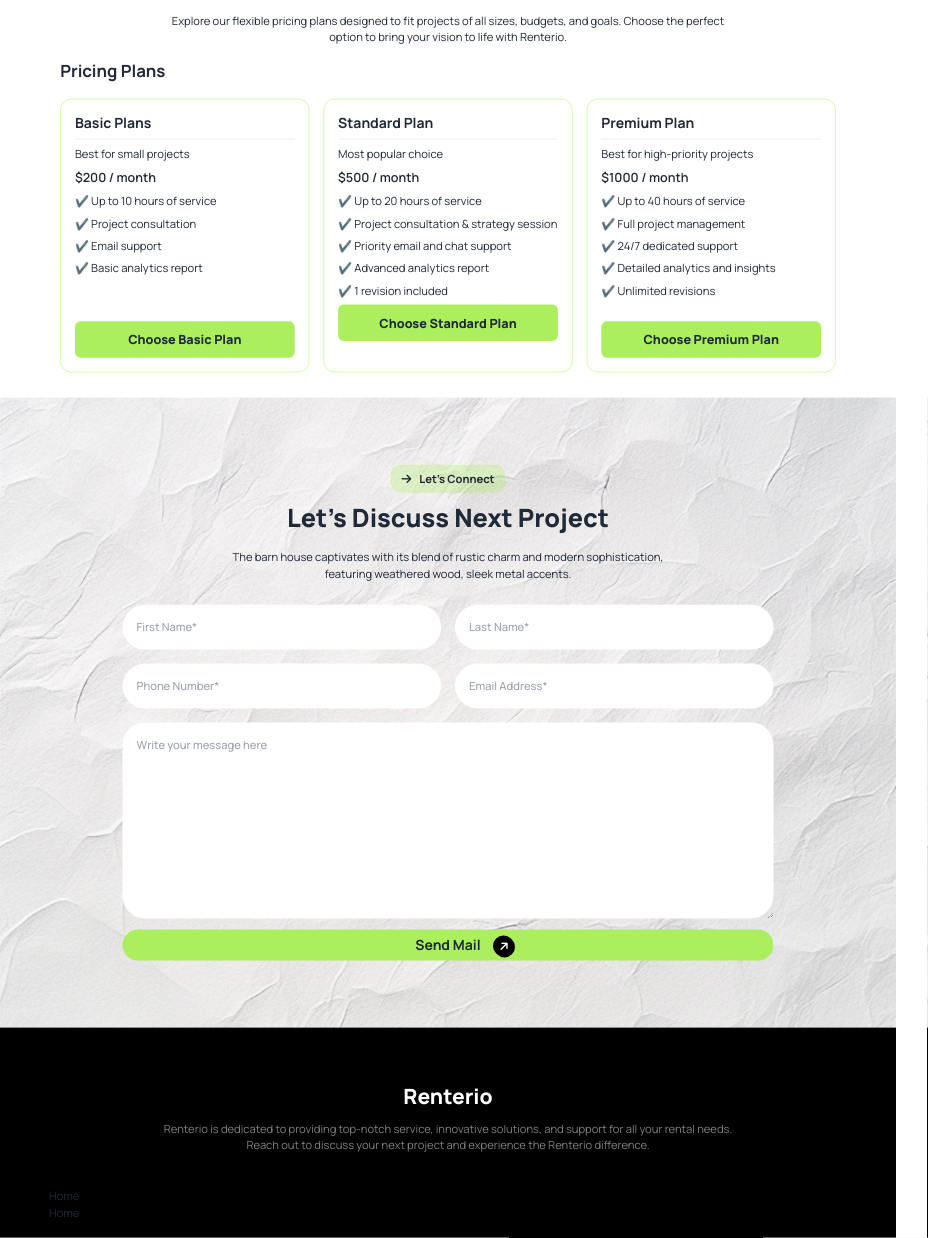
Repository: Tanvir4312/assignment-03
Page: index.html
The author's editor kept a copy of each file at every save. The page is drawn from the files as they stood at one save, then again after the next save.
The browser window is 1280 px wide. The page is 1325 px wide, so the pictures cover 1325 px, including what lies to the right of the window. The pictures show the part of the page from y = 3190 to 5030 px (the page is 4958 px tall before and 5030 px after), at 70% of full size.
Some web libraries are served in a nearby version.

Above is the page before, as saved 2024-10-30 21:41:10.

### index.html
<!DOCTYPE html>
<html lang="en">

<head>
    <meta charset="UTF-8">
    <meta name="viewport" content="width=device-width, initial-scale=1.0">
    <title>Renterio</title>
    <link rel="stylesheet" href="styles/styles.css">
    <!-- DaisyUI -->
    <link href="https://cdn.jsdelivr.net/npm/daisyui@4.12.14/dist/full.min.css" rel="stylesheet" type="text/css" />
    <script src="https://cdn.tailwindcss.com"></script>
    <!-- Icon -->
    <link rel="stylesheet" href="https://cdnjs.cloudflare.com/ajax/libs/font-awesome/6.6.0/css/all.min.css"
        integrity="sha512-Kc323vGBEqzTmouAECnVceyQqyqdsSiqLQISBL29aUW4U/M7pSPA/gEUZQqv1cwx4OnYxTxve5UMg5GT6L4JJg=="
        crossorigin="anonymous" referrerpolicy="no-referrer" />

    <script>
        tailwind.config = {
            theme: {
                extend: {
                    colors: {
                        clifford: '#da373d',
                        bgBtnColor: '#ABEF5F',
                        btnTextAndWorksTextColor: '#1C1C1C',
                        mainColor: '#212121',
                        secondaryColor: '#494949',

                    }
                }
            }
        }
    </script>
</head>

<body class="manrope-font">
    <header>
        <!-- Navbar -->
        <nav class="container mx-auto">
            <div class="navbar relative py-14">
                <div class="navbar-start">
                    <div class="absolute right-0">
                        <div class="dropdown">
                            <div tabindex="0" role="button"
                                class="btn btn-ghost mr-2 lg:hidden border border-[rgba(233,233,233)] rounded-full bg-[#f9f8f8]">
                                <svg xmlns="http://www.w3.org/2000/svg" class="h-5 w-5" fill="none" viewBox="0 0 24 24"
                                    stroke="currentColor">
                                    <path stroke-linecap="round" stroke-linejoin="round" stroke-width="2"
                                        d="M4 6h16M4 12h8m-8 6h16" />
                                </svg>
                            </div>
                            <div class="absolute -left-20">
                                <ul tabindex=""
                                    class="menu menu-sm dropdown-content bg-base-100 rounded-box z-[1] p-2 shadow w-32">
                                    <li><a>Home</a></li>
                                    <li><a>Services</a></li>
                                    <li><a>Portfolio</a></li>
                                    <li><a>Blogs</a></li>
                                    <li><a>Contact Us</a></li>
                                </ul>
                            </div>
                        </div>
                    </div>
                    <i class="fa-solid fa-arrow-right -rotate-45 bg-bgBtnColor p-2 rounded-full	"></i>
                    <a class="btn btn-ghost font-extrabold text-3xl pl-2">Renterio</a>
                </div>
                <div class="navbar-center hidden lg:flex">
                    <ul class="menu menu-horizontal px-1">
                        <li><a class="font-extrabold">Home</a></li>
                        <li><a>Services</a></li>
                        <li><a>Portfolio</a></li>
                        <li><a>Blogs</a></li>
                        <li><a>Contact Us</a></li>
                    </ul>
                </div>

                <div class="navbar-end hidden md:block">
                    <div class="flex justify-end">
                        <div class="flex items-center gap-3 mr-2">
                            <div class="px-3 py-1 border border-[rgba(233,233,233)] rounded-full bg-[#f9f8f8]">
                                <i class="fa-solid fa-magnifying-glass"></i>
                            </div>
                            <div class="px-3 py-1 border border-[rgba(233,233,233)] rounded-full bg-[#f9f8f8]">
                                <i class="fa-solid fa-cart-shopping"></i>
                            </div>
                        </div>
                        <div class="relative ">
                            <button class="btn bg-bgBtnColor rounded-3xl pr-14 text-lg font-semibold">Book
                                Consult</button>
                            <i
                                class="fa-solid fa-arrow-right -rotate-45 bg-black text-white p-2 rounded-full absolute top-2 right-4 "></i>
                        </div>
                    </div>
                </div>
            </div>
        </nav>
        <!-- Banner -->
        <section class="banner text-center">
            <!-- Banner Image -->
            <div class="flex justify-center px-14">
                <img src="./assets/banner.png" alt="">
            </div>
            <!-- Banner Text -->
            <div class="mt-6">
                <h1 class="text-3xl md:text-6xl font-extrabold md:leading-[80px]">A barn house of this design
                    has a <br>striking appearance
                </h1>
                <p class="mt-6 mb-8 px-5">The barn house captivates with its blend of rustic charm and modern
                    sophistication,
                    featuring weathered wood, sleek metal <br> accents, and large windows that flood the space with
                    natural light.</p>
                <!-- Banner Button -->
                <div class="relative flex px-2 md:justify-center md:items-center">
                    <div class="w-full text-start md:text-center">
                        <button
                            class="btn border border-[rgba(171,239,95)] bg-[rgba(171,239,95,0.5)] rounded-3xl mainColor text-xl font-extrabold pr-14 l w-full md:w-52">View
                            Details</button>
                    </div>
                    <div>
                        <i
                            class="fa-solid fa-arrow-right -rotate-45 bg-bgBtnColor p-2 rounded-full absolute bottom-2 right-[590px]"></i>

                        <i
                            class="md:hidden absolute top-3 right-20 fa-solid fa-arrow-right -rotate-45 bg-bgBtnColor p-2 rounded-full"></i>
                    </div>
                </div>
            </div>
        </section>
    </header>

    <main class="bg-[#F4F4F4]">
        <!-- Commercial and Residential Section -->
        <section class="bg-[#F4F4F4] md:my-24 my-5 pt-7 pb-5 md:pb-20">
            <!-- Vector Image -->
            <img class="hidden md:block border-dashed border-2 border-slate-300 py-7 ml-9" src="./assets/Vector.png"
                alt="">
            <div class="md:w-[1140px] mx-auto grid md:grid-cols-2 grid-cols-1 gap-5 p-4 md:p-0">
                <div>
                    <!-- About Us Button -->
                    <div class="flex justify-center md:flex-col">
                        <div class="bg-white w-32 py-2 px-4 rounded-2xl">
                            <i class="fa-solid fa-arrow-right pr-2"></i>
                            <button class="font-bold">About Us</button>
                        </div>
                    </div>
                    <!-- Text -->
                    <div class="mt-4 md:text-start text-center">
                        <h1 class="text-2xl md:text-4xl font-bold mainColor mb-6">We design thoughtful, <br> liveable
                            spaces
                        </h1>
                        <p class="secondaryColor">The barn house captivates with its blend of rustic charm and
                            modern sophistication, featuring weathered wood, sleek metal accents.</p>
                    </div>

                    <div class="flex md:items-center gap-5 my-6 bg-white p-6 rounded-2xl">
                        <!-- Image -->
                        <div>
                            <img src="./assets/commercial.png" alt="">
                        </div>
                        <!-- Text -->
                        <div>
                            <h3 class="text-xl font-extrabold">Commercial</h3>
                            <p><small>The barn house captivates with its blend <br> of rustic charm and modern.</small>
                            </p>
                        </div>
                    </div>
                    <div class="flex md:items-center gap-5 bg-white p-6 rounded-2xl">
                        <!-- Image -->
                        <div>
                            <img src="./assets/residential.png" alt="">
                        </div>
                        <!-- Text -->
                        <div>
                            <h3 class="text-xl font-extrabold">Residential</h3>
                            <p><small>The barn house captivates with its blend <br> of rustic charm and modern.</small>
                            </p>
                        </div>
                    </div>

                </div>
                <!-- Image -->
                <div>
                    <img class="h-60 w-full md:h-[500px]" src="./assets/Rectangle.png" alt="">
                </div>
            </div>
        </section>
        <!-- Works Process section -->
        <section class="md:w-[1140px] mx-auto px-4 md:px-0 md:pb-24">
            <!-- Works Button -->
            <div class="flex justify-center">
                <div class="bg-white py-2 px-4 rounded-2xl">
                    <i class="fa-solid fa-arrow-right pr-2"></i>
                    <button class="font-bold">How We Works</button>
                </div>
            </div>
            <!-- Text -->
            <div class="text-center">
                <h1 class="py-4 md:py-6 text-2xl md:text-4xl font-bold">Our Works Process</h1>
                <p>The barn house captivates with its blend of rustic charm and modern sophistication, <br> featuring
                    weathered wood, sleek metal accents.</p>
            </div>
            <!-- Card -->
            <div class="card grid grid-cols-1 md:grid-cols-4 gap-4 my-8">
                <div class="bg-[rgba(231,193,211)] rounded-2xl p-5">
                    <img src="./assets/concept.png" alt="">
                    <h4 class="py-2 text-xl font-bold">Concept</h4>
                    <p>The barn house captivates with its blend of rustic charm and modern.</p>
                </div>
                <div class="bg-[rgba(239,218,110)] rounded-2xl p-5">
                    <img src="./assets/flow-chart.png" alt="">
                    <h4 class="py-2 text-xl font-bold">Design Process</h4>
                    <p>The barn house captivates with its blend of rustic charm and modern.</p>
                </div>
                <div class="bg-[rgba(164,218,195)] rounded-2xl p-5">
                    <img src="./assets/concept.png" alt="">
                    <h4 class="py-2 text-xl font-bold">Supervision</h4>
                    <p>The barn house captivates with its blend of rustic charm and modern.</p>
                </div>
                <div class="bg-[rgba(119,170,234)] rounded-2xl p-5">
                    <img src="./assets/concept.png" alt="">
                    <h4 class="py-2 text-xl font-bold">Budget Planning</h4>
                    <p>The barn house captivates with its blend of rustic charm and modern.</p>
                </div>
            </div>
        </section>
        <!-- Latest Portfolio Section -->
        <section class="md:bg-white">
            <div class=" md:w-[1140px] mx-auto py-6 px-4 md:pt-20">
                <!-- Latest Works Button -->
                <div class="flex justify-center">
                    <div class="bg-[rgba(171,239,95,0.2)] py-2 px-4 rounded-2xl">
                        <i class="fa-solid fa-arrow-right pr-2"></i>
                        <button class="font-bold">Explore our Latest works</button>
                    </div>
                </div>
                <!-- Text -->
                <div class="text-center">
                    <h1 class="pt-4 pb-6 md:text-4xl text-2xl font-bold">Our Latest Portfolio</h1>
                    <p>The barn house captivates with its blend of rustic charm and modern sophistication, <br>
                        featuring
                        weathered wood, sleek metal accents.</p>
                </div>
                <!-- Latest Portfolio Card First Row -->
                <div class="pt-8 grid grid-cols-1 md:grid-cols-3 gap-5">
                    <!-- First Card -->
                    <div class="md:col-span-2 rounded-2xl ">
                        <div class="md:flex gap-6 border border-[rgba(233,233,233)] rounded-2xl p-5 bg-white">
                            <img src="./assets/img1.png" alt="">
                            <div>
                                <h3 class="text-2xl font-extrabold">Commercial</h3>
                                <p class="pt-4 pb-6">The barn house captivates with its blend of rustic charm and
                                    modern. The barn house
                                    captivates with its blend of rustic charm and modern .</p>

                                <a class="text-xl font-extrabold pr-1" href="">View Details</a>
                                <i class="fa-solid fa-arrow-right -rotate-45 bg-bgBtnColor p-2 rounded-full	"></i>
                            </div>
                        </div>
                    </div>
                    <!-- Second Card -->
                    <div class="border border-[rgba(233,233,233)] rounded-2xl p-5 bg-white">
                        <img src="./assets/img2.png" alt="">
                    </div>

                </div>
                <!-- Latest Portfolio Card Second Row -->
                <div class="grid grid-cols-1 md:grid-cols-4 gap-5 mt-5">
                    <!-- First Card -->
                    <div class="border border-[rgba(233,233,233)] rounded-2xl p-5 bg-white">
                        <img class="h-full w-full" src="./assets/img3.png" alt="">
                    </div>
                    <!-- Second Card -->
                    <div class="md:col-span-2 rounded-2xl ">
                        <div class="md:flex gap-6 border border-[rgba(233,233,233)] rounded-2xl p-5 bg-white">
                            <img src="./assets/img4.png" alt="">
                            <div>
                                <h3 class="text-2xl font-extrabold">Commercial</h3>
                                <p class="pt-4 pb-6">The barn house captivates with its blend of rustic charm and
                                    modern.</p>

                                <a class="text-xl font-extrabold pr-1" href="">View Details</a>
                                <i class="fa-solid fa-arrow-right -rotate-45 bg-bgBtnColor p-2 rounded-full	"></i>
                            </div>
                        </div>
                    </div>
                    <!-- Third Card -->
                    <div class="border border-[rgba(233,233,233)] rounded-2xl p-5 bg-white">
                        <img class="h-full w-full" src="./assets/img5.png" alt="">
                    </div>

                </div>
            </div>
        </section>
        <!-- Perfect Plan Section -->
        <section class="md:bg-white">
            <div class="md:w-[1140px] mx-auto py-6 px-4 md:pt-20">
                <!-- Text -->
                <div class="text-center">
                    <h1 class="text-2xl md:text-4xl font-extrabold">Choose the Perfect Plan for Your Needs</h1>
                    <p class="py-5">Explore our flexible pricing plans designed to fit projects of all sizes, budgets,
                        and goals. Choose the perfect <br> option to bring your vision to life with Renterio.</p>
                </div>
                <p class="text-2xl font-bold pb-6">Pricing Plans</p>
                <!-- Cards -->
                <div class="grid grid-cols-1 md:grid-cols-3 gap-5">
                    <!-- Card-01 -->
                    <div class="border border-[#bdfe8b] p-5 rounded-2xl bg-white">
                        <div class="space-y-2">
                            <h3 class="text-xl font-bold">Basic Plans</h3>
                            <hr>
                            <p>Best for small projects</p>
                            <h5 class="text-lg font-semibold">$200 / month</h5>
                            <li class="list-none">✔️ Up to 10 hours of service</li>
                            <li class="list-none">✔️ Project consultation</li>
                            <li class="list-none">✔️ Email support</li>
                            <li class="list-none">✔️ Basic analytics report</li>
                        </div>

                        <button class="bg-bgBtnColor p-3 rounded-lg text-lg font-extrabold mt-16 w-full">Choose
                            Basic Plan</button>

                    </div>
                    <!-- Card-02 -->
                    <div class="border border-[#bdfe8b] p-5 rounded-2xl bg-white">
                        <div class="space-y-2">
                            <h3 class="text-xl font-bold">Standard Plan</h3>
                            <hr>
                            <p>Most popular choice</p>
                            <h5 class="text-lg font-semibold">$500 / month</h5>
                            <li class="list-none">✔️ Up to 20 hours of service</li>
                            <li class="list-none">✔️ Project consultation & strategy session</li>
                            <li class="list-none">✔️ Priority email and chat support</li>
                            <li class="list-none">✔️ Advanced analytics report</li>
                            <li class="list-none">✔️ 1 revision included</li>
                        </div>

                        <button class="bg-bgBtnColor p-3 rounded-lg text-lg font-extrabold mt-2 w-full">Choose Standard
                            Plan</button>

                    </div>
                    <!-- Card-03 -->
                    <div class="border border-[#bdfe8b] p-5 rounded-2xl bg-white">
                        <div class="space-y-2">
                            <h3 class="text-xl font-bold">Premium Plan</h3>
                            <hr>
                            <p>Best for high-priority projects</p>
                            <h5 class="text-lg font-semibold">$1000 / month</h5>
                            <li class="list-none">✔️ Up to 40 hours of service</li>
                            <li class="list-none">✔️ Full project management</li>
                            <li class="list-none">✔️ 24/7 dedicated support</li>
                            <li class="list-none">✔️ Detailed analytics and insights</li>
                            <li class="list-none">✔️ Unlimited revisions</li>
                        </div>

                        <button class="bg-bgBtnColor p-3 rounded-lg text-lg font-extrabold mt-8 w-full">Choose Premium
                            Plan</button>

                    </div>
                </div>
            </div>
        </section>
    </main>
    <!-- Next Project Section -->
    <section class="next-project mt-3">
        <div class=" md:w-[970px] mx-auto py-7 md:py-24 px-5">
            <!-- Button -->
            <div class="flex justify-center">
                <div class="bg-[rgba(171,239,95,0.3)] py-2 px-4 rounded-2xl">
                    <i class="fa-solid fa-arrow-right pr-2"></i>
                    <button class="font-bold">Let’s Connect</button>
                </div>
            </div>
            <!-- Text -->
            <div class="text-center">
                <h1 class="text-2xl md:text-4xl font-extrabold pt-4">Let’s Discuss Next Project</h1>
                <p class="pt-6 pb-8">The barn house captivates with its blend of rustic charm and modern sophistication,
                    <br> featuring weathered wood, sleek metal accents.
                </p>
            </div>
            <!-- Input Field -->
            <div class="grid grid-cols-1 md:grid-cols-2 gap-5">
                <input class="p-5 rounded-[64px]" type="text" name="" id="" placeholder="First Name*">
                <input class="p-5 rounded-[64px]" type="text" name="" id="" placeholder="Last Name*">
                <input class="p-5 rounded-[64px]" type="text" name="" id="" placeholder="Phone Number*">
                <input class="p-5 rounded-[64px]" type="text" name="" id="" placeholder="Email Address*">
                <textarea class="md:col-span-2 p-5 rounded-[32px]" name="" id="" cols="30" rows="10"
                    placeholder="Write your message here"></textarea>
            </div>
            <!-- Button -->
            <div class="relative">
                <button class="bg-bgBtnColor w-full text-xl font-bold py-2 rounded-[32px] mt-4">Send Mail</button>
                <i
                    class="fa-solid fa-arrow-right -rotate-45 bg-black text-white p-2 rounded-full md:absolute md:top-6 md:right-[370px] hidden md:block"></i>
                <i
                    class="fa-solid fa-arrow-right -rotate-45 bg-black text-white p-2 rounded-full absolute top-6 right-14 md:hidden"></i>
            </div>
        </div>
    </section>

    <footer class="bg-black">
        <div class="md:w-[1140px] mx-auto py-6">
            <div class="text-center text-white">
                <h1 class="text-xl md:text-3xl font-extrabold pt-14">Renterio</h1>
                <p class="pt-4 pb-12 opacity-50">Renterio is dedicated to providing top-notch service, innovative solutions, and support for all your rental needs. <br> Reach out to discuss your next project and experience the Renterio difference.</p>
            </div>
            <div>
                <p><a href="">Home</a></p>
                <p><a href="">Home</a></p>
            </div>

        </div>
    </footer>
</body>

</html>

### styles/styles.css
/* Font */
@import url('https://fonts.googleapis.com/css2?family=Manrope:wght@200..800&display=swap');


.manrope-font {
  font-family: "Manrope", sans-serif;
}

/* Next Project Section */
.next-project{
  background-image: url('/assets/bg.jpg');
  background-repeat: no-repeat;
  background-position: center;
  background-size: cover;
}

::placeholder{
  font-weight: 500;

}

After the next save:
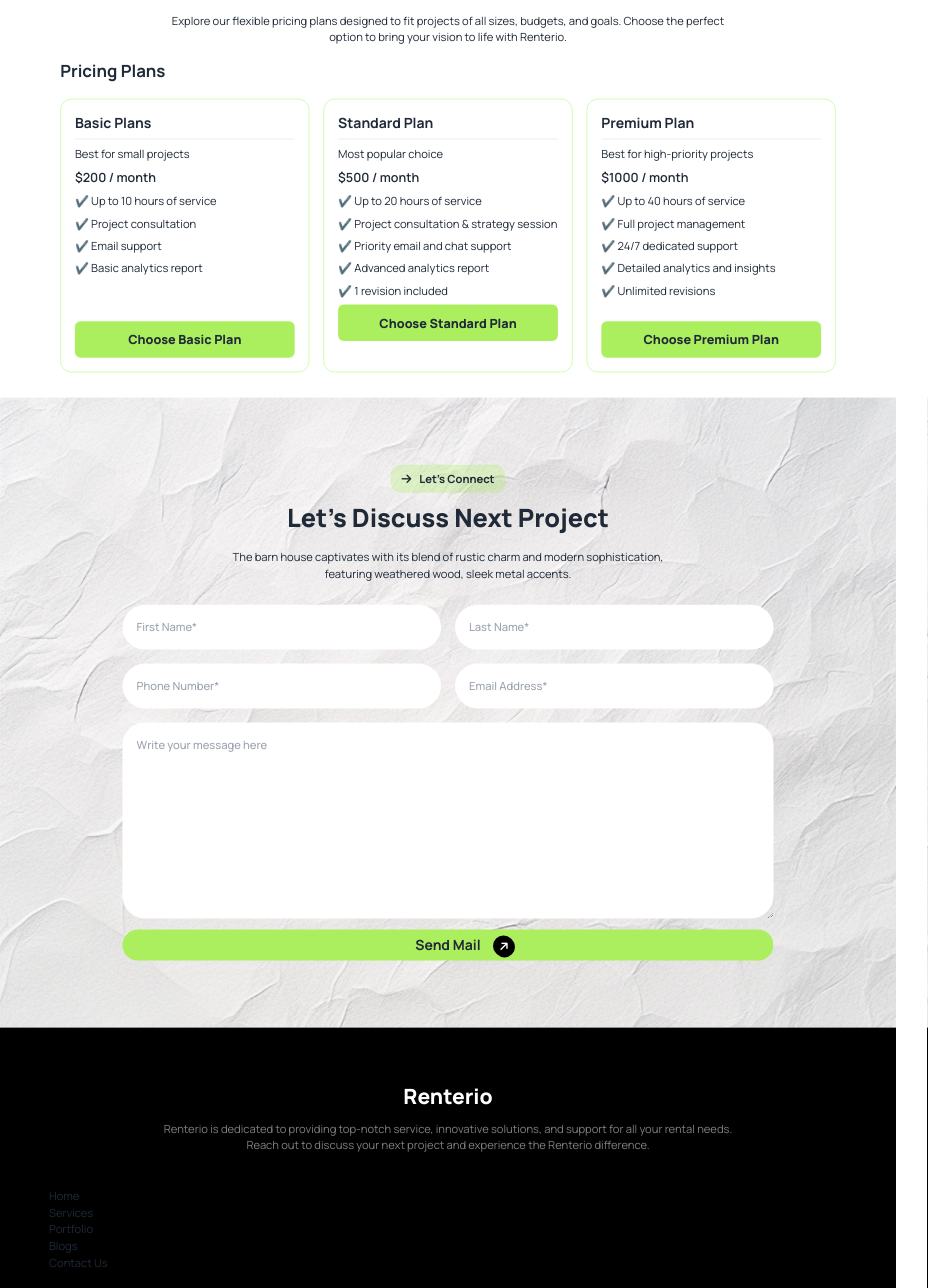
Saved 56 s later.
--- a/index.html
+++ b/index.html
@@ -404,7 +404,10 @@
             </div>
             <div>
                 <p><a href="">Home</a></p>
-                <p><a href="">Home</a></p>
+                <p><a href="">Services</a></p>
+                <p><a href="">Portfolio</a></p>
+                <p><a href="">Blogs</a></p>
+                <p><a href="">Contact Us</a></p>
             </div>
 
         </div>
